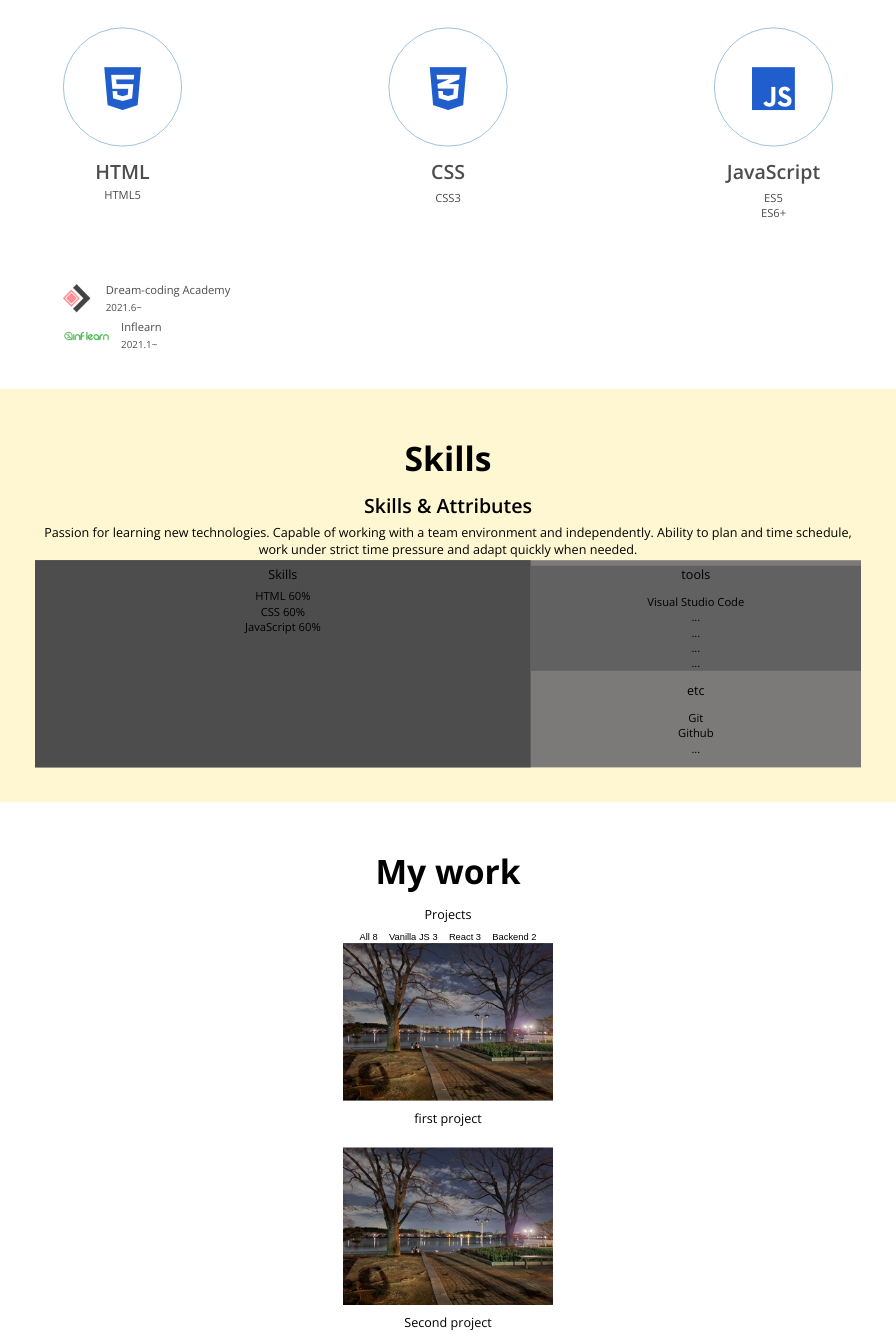
Repository: delphkim/portfolio
Page: index.html
These files come from the project's save history. The page is drawn as it stood at one moment and after the next save; the edit follows.
The browser window is 1280 px wide. The pictures show the part of the page from y = 996 to 2916 px (the page is 5923 px tall), at 70% of full size.
Some web libraries are served in a nearby version.

Above is the page before, as saved 2021-08-04 13:22:47.

After the next save:
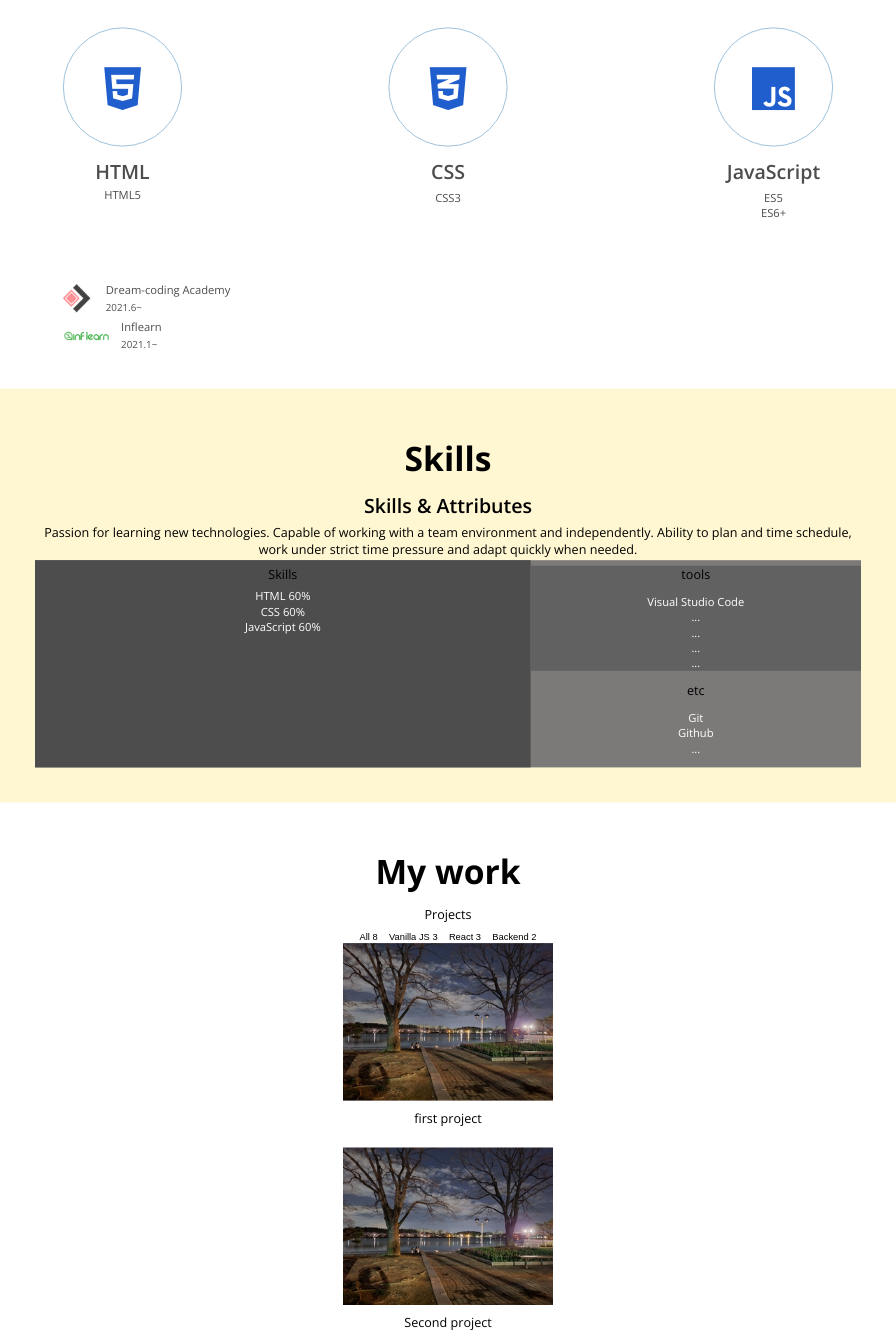
Saved 7 s later.
--- a/style.css
+++ b/style.css
@@ -201,7 +201,7 @@
 .skillset {
   display: flex;
   background-color: var(--color-light-grey);
-  color: whilte;
+  color: var(--color-white);
 }
 .skillset__left {
   flex-basis: 60%;
